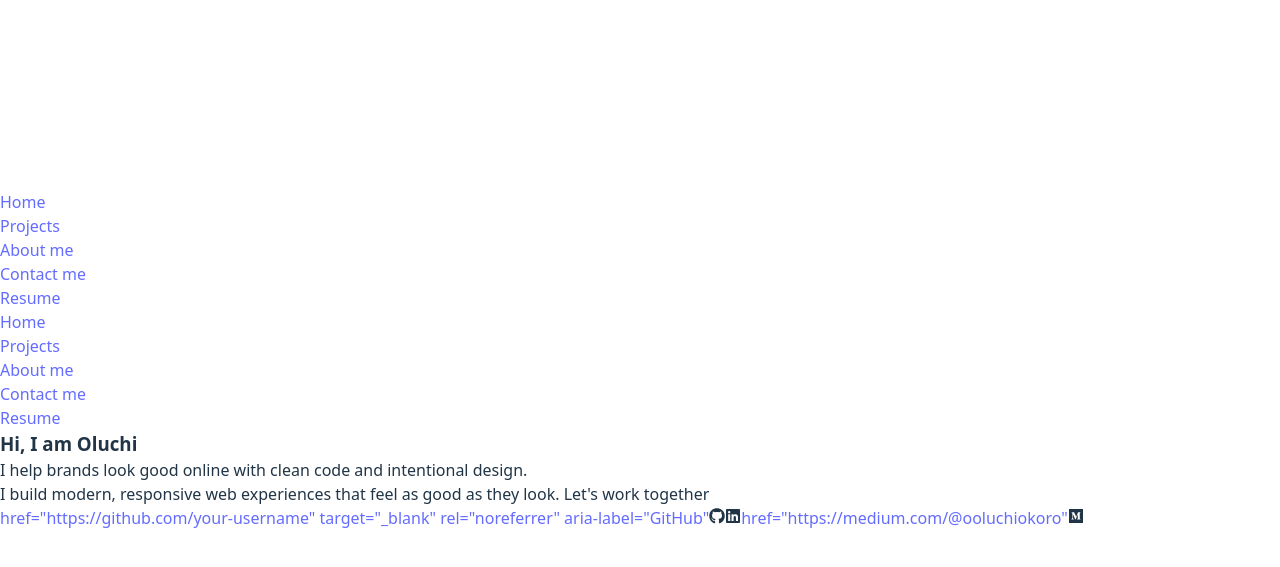
Repository: ooluchi/portfolio_
Page: / (app in my-react-app/)
These files come from the project's save history. The page is drawn as it stood at one moment and after a run of saves; the edit follows.
The browser window is 1280 px wide. The pictures show the whole page.
The project was rebuilt for these pictures with package versions that can differ from the ones it lists, and the page was loaded fresh each time. Also part of the build but not shown: my-react-app/vite.config.ts.

Above is the page before, as saved 2025-11-16 03:16:15.

After the next 3 saves:
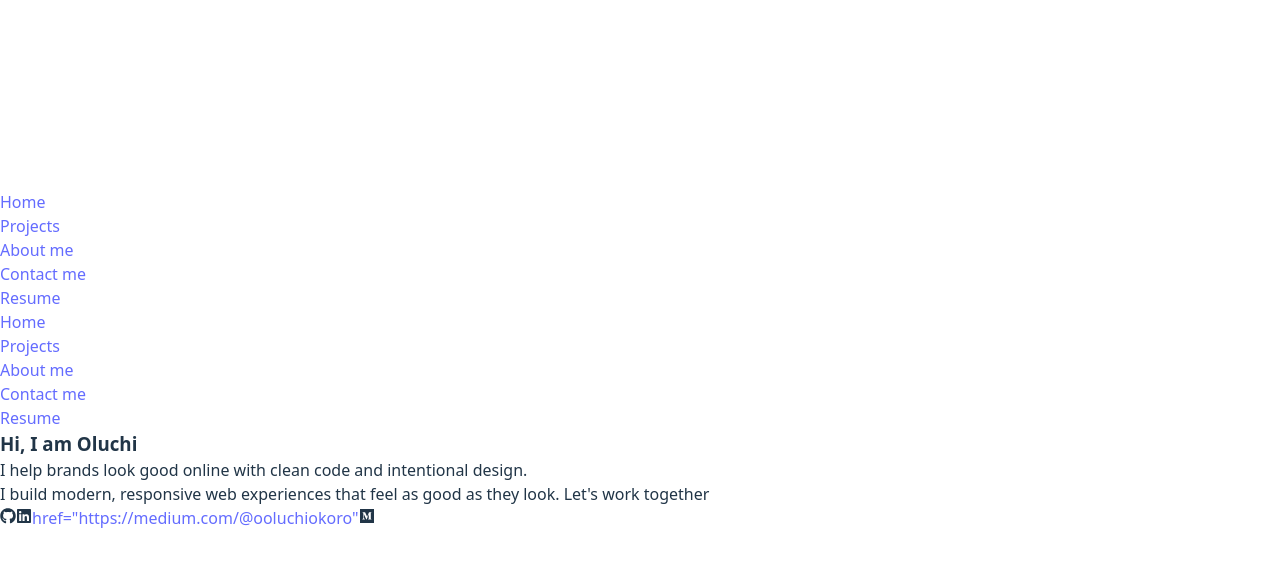
The 3 saves are shown as one change because they came seconds apart.
The last was saved 22 s later.
--- a/my-react-app/src/components/Home.tsx
+++ b/my-react-app/src/components/Home.tsx
@@ -11,11 +11,10 @@ export default function Home() {
         <p>I build modern, responsive web experiences that feel as good as they look. Let's work together</p>
       </div>
       <div>
-        <a>
-          href="https://github.com/your-username"
-          target="_blank"
-          rel="noreferrer"
-          aria-label="GitHub"
+        <a
+
+        >
+
         </a>
         <FaGithub/>
         <FaLinkedin />
